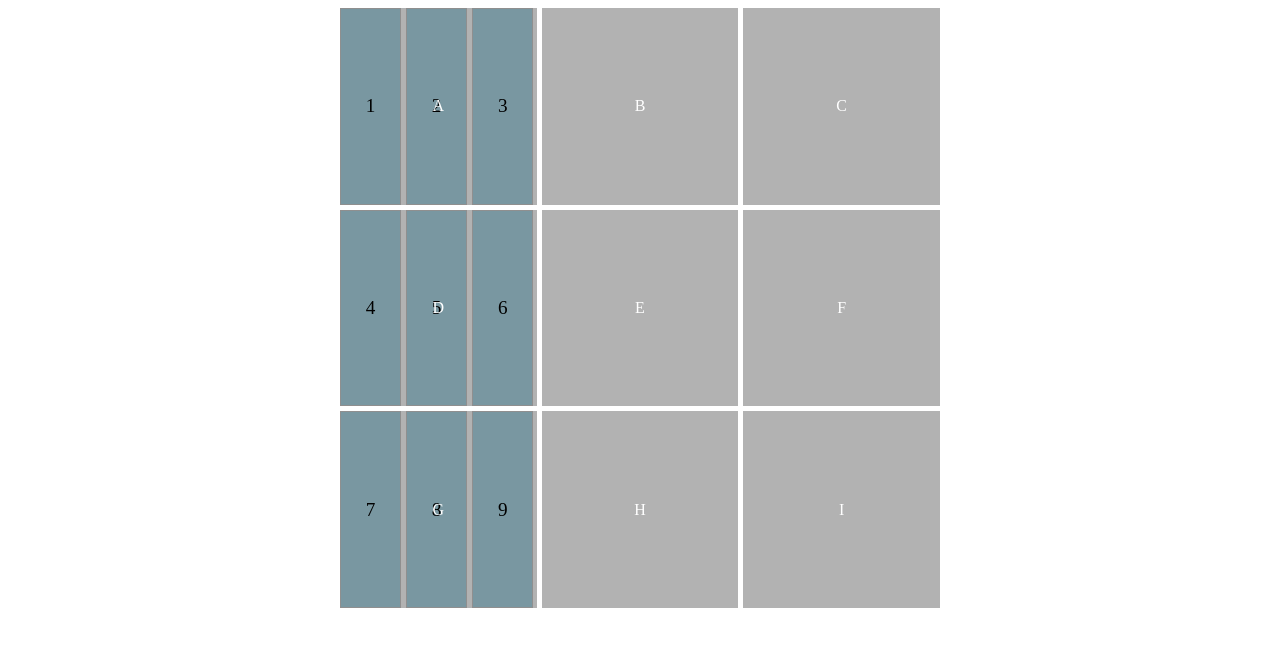
Repository: notgudmewhathuh12122334354556/GroceryInventory
Page: grid.html
These files come from the project's save history. The page is drawn as it stood at one moment and after the next save; the edit follows.
The browser window is 1280 px wide. The pictures show the whole page.

Above is the page before, as saved 2024-11-19 23:04:20.

### grid.html
<!DOCTYPE html>
<html lang="en">
<head>
  <meta charset="UTF-8">
  <meta name="viewport" content="width=device-width, initial-scale=1.0">
  <title>Grid Overlays Grid</title>
  <style>
    /* Parent Container */
    .grid-overlay-container {
      display: grid;
      grid-template-columns: 1fr 1fr 1fr; /* Three equal columns */
      gap: 10px;
      position: relative; /* Allow layering within the container */
      width: 100%;
      max-width: 600px;
      margin: 0 auto;
      aspect-ratio: 1; /* Ensures a square layout */
    }

    /* Base Grid (Layer 1) */
    .base-grid {
      display: grid;
      grid-template-columns: 1fr 1fr 1fr;
      grid-template-rows: 1fr 1fr 1fr;
      gap: 5px;
      z-index: 1;
    }

    .base-grid div {
      background-color: lightblue;
      border: 1px solid #ccc;
      display: flex;
      justify-content: center;
      align-items: center;
      font-size: 1.2em;
    }

    /* Overlay Grid (Layer 2) */
    .overlay-grid {
      display: grid;
      grid-template-columns: 1fr 1fr 1fr;
      grid-template-rows: 1fr 1fr 1fr;
      gap: 5px;
      position: absolute;
      top: 0;
      left: 0;
      width: 100%;
      height: 100%;
      z-index: 2; /* Layer above base grid */
      pointer-events: none; /* Makes it non-interactive */
    }

    .overlay-grid div {
      background-color: rgba(0, 0, 0, 0.3); /* Transparent overlay */
      display: flex;
      justify-content: center;
      align-items: center;
      color: white;
      font-size: 1em;
    }
  </style>
</head>
<body>
  <div class="grid-overlay-container">
    <!-- Base Grid -->
    <div class="base-grid">
      <div>1</div>
      <div>2</div>
      <div>3</div>
      <div>4</div>
      <div>5</div>
      <div>6</div>
      <div>7</div>
      <div>8</div>
      <div>9</div>
    </div>

    <!-- Overlay Grid -->
    <div class="overlay-grid">
      <div>A</div>
      <div>B</div>
      <div>C</div>
      <div>D</div>
      <div>E</div>
      <div>F</div>
      <div>G</div>
      <div>H</div>
      <div>I</div>
    </div>
  </div>
</body>
</html>

After the next save:
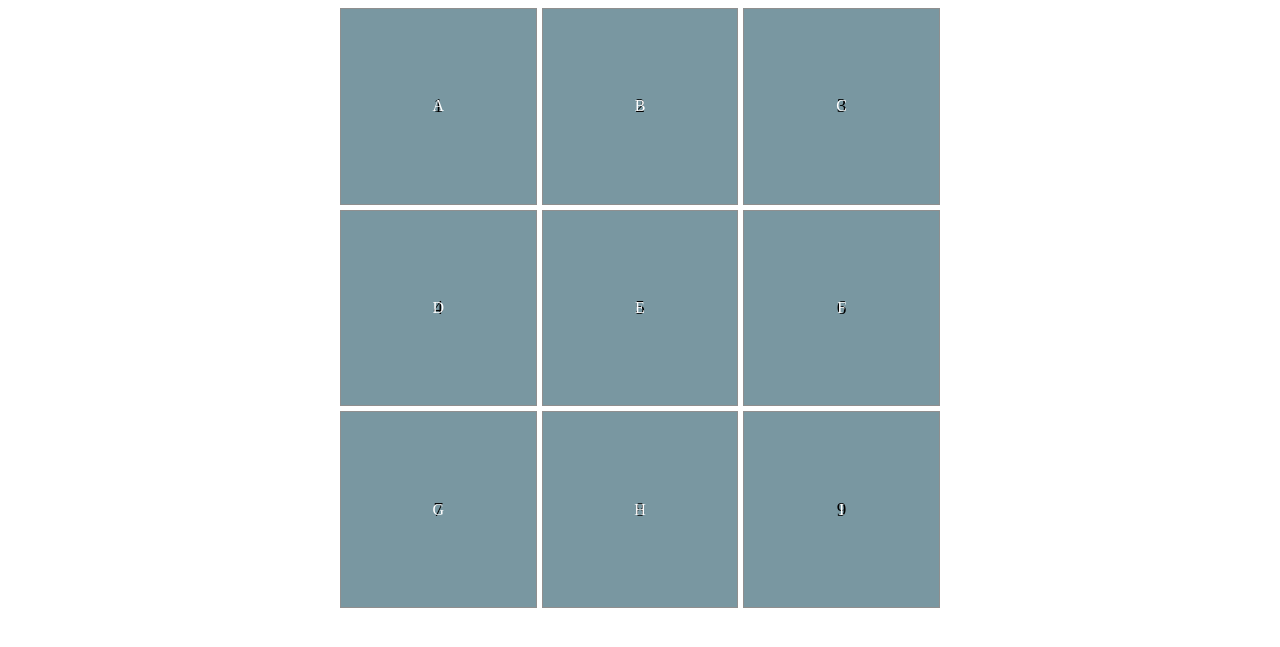
Saved 3 min 33 s later.
--- a/grid.html
+++ b/grid.html
@@ -3,27 +3,27 @@
 <head>
   <meta charset="UTF-8">
   <meta name="viewport" content="width=device-width, initial-scale=1.0">
-  <title>Grid Overlays Grid</title>
+  <title>Fixed Grid Overlay</title>
   <style>
     /* Parent Container */
     .grid-overlay-container {
-      display: grid;
-      grid-template-columns: 1fr 1fr 1fr; /* Three equal columns */
-      gap: 10px;
-      position: relative; /* Allow layering within the container */
+      position: relative; /* Enable absolute positioning for child elements */
       width: 100%;
       max-width: 600px;
+      aspect-ratio: 1; /* Make the container square */
       margin: 0 auto;
-      aspect-ratio: 1; /* Ensures a square layout */
+      display: grid;
     }
 
     /* Base Grid (Layer 1) */
     .base-grid {
       display: grid;
-      grid-template-columns: 1fr 1fr 1fr;
-      grid-template-rows: 1fr 1fr 1fr;
+      grid-template-columns: repeat(3, 1fr);
+      grid-template-rows: repeat(3, 1fr);
       gap: 5px;
-      z-index: 1;
+      width: 100%; /* Ensure full width */
+      height: 100%; /* Ensure full height */
+      z-index: 1; /* Base layer */
     }
 
     .base-grid div {
@@ -38,16 +38,15 @@
     /* Overlay Grid (Layer 2) */
     .overlay-grid {
       display: grid;
-      grid-template-columns: 1fr 1fr 1fr;
-      grid-template-rows: 1fr 1fr 1fr;
+      grid-template-columns: repeat(3, 1fr);
+      grid-template-rows: repeat(3, 1fr);
       gap: 5px;
-      position: absolute;
+      position: absolute; /* Overlay */
       top: 0;
       left: 0;
-      width: 100%;
-      height: 100%;
-      z-index: 2; /* Layer above base grid */
-      pointer-events: none; /* Makes it non-interactive */
+      width: 100%; /* Match parent container */
+      height: 100%; /* Match parent container */
+      z-index: 2; /* Above base grid */
     }
 
     .overlay-grid div {
